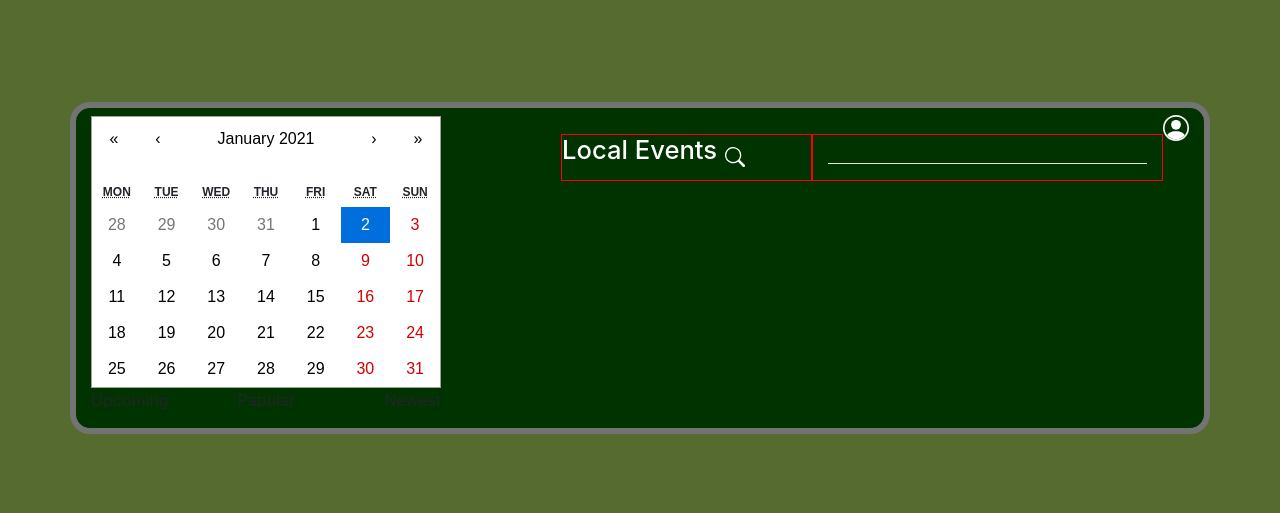
Repository: lalji-yadav/Calendar-code
Page: /
These files come from the project's save history. The page is drawn as it stood at one moment and after the next save; the edit follows.
The browser window is 1280 px wide. The pictures show the whole page.
The project was rebuilt for these pictures with package versions that can differ from the ones it lists, and the page was loaded fresh each time. Also part of the build but not shown: src/App.css.

Above is the page before, as saved 2021-01-03 14:51:57.

### src/App.js
import logo from './logo.svg';
import './App.css';
import MyApp from './calendar/calendar'
import Home from "./calendar/Home";

function App() {
  return (
    <div>
      <header>

        <Home />

      </header>
    </div>
  );
}

export default App;

### src/calendar/calendar.js
import React, { useState } from 'react';
import 'react-calendar/dist/Calendar.css';
import Calendar from 'react-calendar';

function MyApp() {
  const [value, onChange] = useState(new Date());

  return (
    <div>
      <Calendar
        onChange={onChange}
        value={value}
      />
    </div>
  );
}

export default MyApp;

### src/calendar/Home.js
import React from 'react';
import "./Home.css";
import MyApp from "./calendar";

function Home() {

  return (
    <div className="main">
      <div className='container'>
        <div className="row">
          <div className="col-sm-5 calendar">
             <MyApp />
          </div>
          <div className="col-sm-7">

            <div style={{float:"right", paddingTop:"1%"}}>
            <svg xmlns="http://www.w3.org/2000/svg" width="26" height="26" fill="white" class="bi bi-person-circle" viewBox="0 0 16 16">
            <path d="M13.468 12.37C12.758 11.226 11.195 10 8 10s-4.757 1.225-5.468 2.37A6.987 6.987 0 0 0 8 15a6.987 6.987 0 0 0 5.468-2.63z"/>
             <path fill-rule="evenodd" d="M8 9a3 3 0 1 0 0-6 3 3 0 0 0 0 6z"/>
             <path fill-rule="evenodd" d="M8 1a7 7 0 1 0 0 14A7 7 0 0 0 8 1zM0 8a8 8 0 1 1 16 0A8 8 0 0 1 0 8z"/>
            </svg>
            </div>

            <div className="row" style={{paddingTop:"4%"}}>
               <div className="col-sm-5" style={{border:"1px solid red"}}>
                 <div className="row">
                 <h1 style={{color:"white", fontSize:"2vw"}}>Local Events </h1>
               <svg  style={{margin:"5% 0% 0% 3%"}} xmlns="http://www.w3.org/2000/svg" width="20" height="20" fill="white" class="bi bi-search" viewBox="0 0 16 16">
               <path d="M11.742 10.344a6.5 6.5 0 1 0-1.397 1.398h-.001c.03.04.062.078.098.115l3.85 3.85a1 1 0 0 0 1.415-1.414l-3.85-3.85a1.007 1.007 0 0 0-.115-.1zM12 6.5a5.5 5.5 0 1 1-11 0 5.5 5.5 0 0 1 11 0z"/>
               </svg>
                 </div>
               </div>
               <div className="col-sm-7" style={{border:"1px solid red", paddingTop:"3%"}}>
               <hr style={{marginTop:"10px"}} />

               </div>

            </div>

          </div>
        </div>

        <div className="row">
          <div className="col-sm-5 row">
            <div className="col-sm-4">
             <p>Upcoming</p>
            </div>
            <div className="col-sm-4">
              <p>Papular</p>
            </div>
            <div className="col-sm-4">
              <p>Newest</p>
            </div>

          </div>

        </div>

      </div>

    </div>
  );
}
export default Home;

### src/calendar/Home.css
.main {
    width: 100%;
    height: 100%;
    position: absolute;
    /* padding: 10% 5% 10% 5%; */
    background-color: darkolivegreen;
}
.container {
    width: 80%;
    /* height: 70%; */
    margin: 8% 10% 8% 10%;
    background-color: #003300;
    border: 6px solid #737373;
    border-radius: 20px;
}
.calendar {
    /* border: 2px solid red; */
    margin-top: 8px;
}
hr {
    color: white;
    width: 100%;
    margin-top: 5em;
    background-color: white;
}
.tablebox {
    margin: 0% 0% 0% 3%;
    padding: 3%;
    width: 91%;
    border-radius: 15px;
    color: black;
    background-color: white;
}

Loaded but not shown: public/index.html (common file); src/index.js (common file); src/index.css (common file); src/reportWebVitals.js (common file)

After the next save:
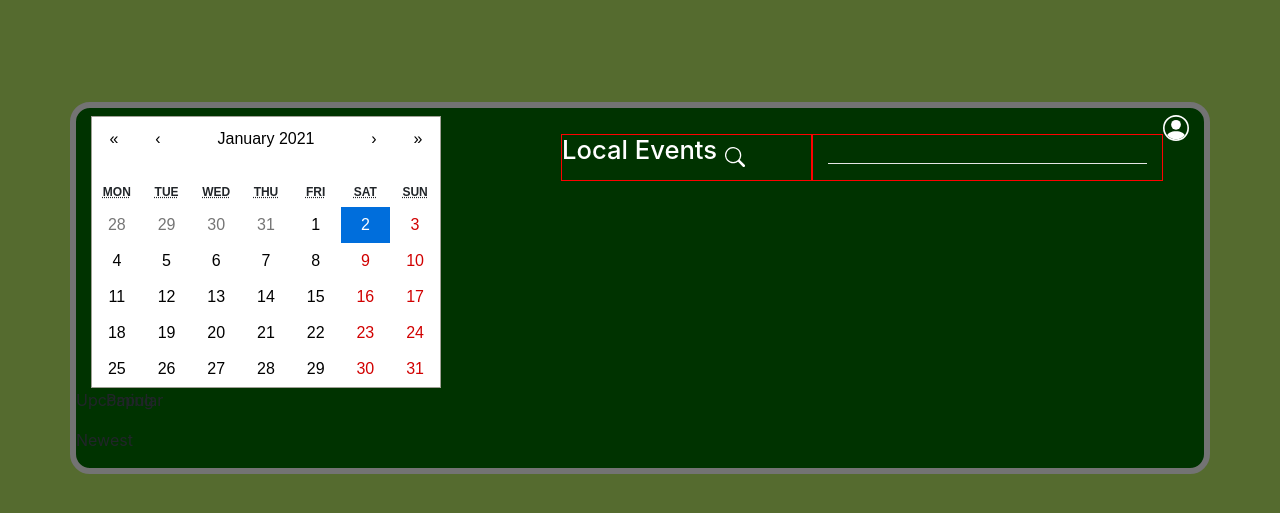
Saved 3 min 46 s later.
--- a/src/calendar/Home.js
+++ b/src/calendar/Home.js
@@ -38,9 +38,7 @@
             </div>
 
           </div>
-        </div>
-
-        <div className="row">
+          <div className="row">
           <div className="col-sm-5 row">
             <div className="col-sm-4">
              <p>Upcoming</p>
@@ -56,6 +54,8 @@
 
         </div>
 
+        </div>
+
       </div>
 
     </div>
